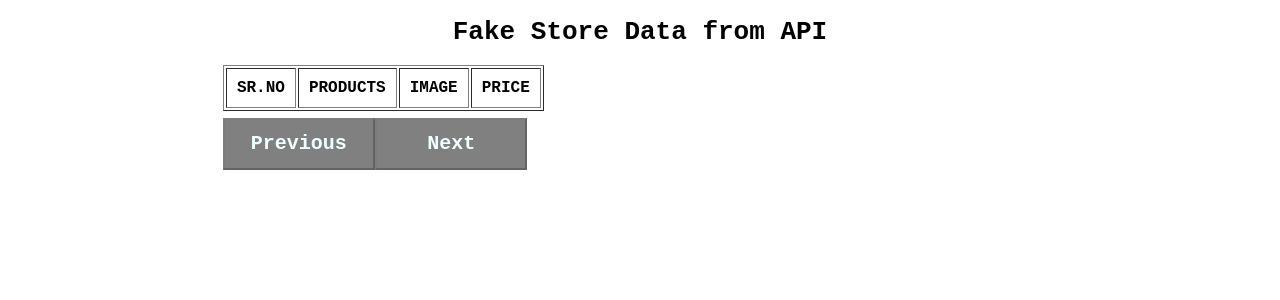
Repository: nisarg-patel612/Node_Integration_With_Frontend
Page: / (app in Frontend/FakeStore-API/)
An editor plug-in stored every save of this project. The page is shown before and after the next save, followed by the edit.
The browser window is 1280 px wide. The pictures show the whole page.
The page's requests for data from a server got no answer. The project was rebuilt for these pictures with package versions that can differ from the ones it lists, and the page was loaded fresh each time. No one was signed in, and anything a server would have sent is missing. Also part of the build but not shown: Frontend/FakeStore-API/vite.config.js, Frontend/FakeStore-API/src/index.css.

Above is the page before, as saved 2025-04-20 23:22:28.

### Frontend/FakeStore-API/src/App.jsx
import React from "react"
import './App.css'
import FakeStoreAPi from "./Components/Fake_Store_API"

function App() {

  return (

    // Fake Store API
    <FakeStoreAPi />

  )
}

export default App

### Frontend/FakeStore-API/src/App.css
/* #root {
  max-width: 1280px;
  margin: 0 auto;
  padding: 2rem;
  text-align: center;
}

.logo {
  height: 6em;
  padding: 1.5em;
  will-change: filter;
  transition: filter 300ms;
}
.logo:hover {
  filter: drop-shadow(0 0 2em #646cffaa);
}
.logo.react:hover {
  filter: drop-shadow(0 0 2em #61dafbaa);
}

@keyframes logo-spin {
  from {
    transform: rotate(0deg);
  }
  to {
    transform: rotate(360deg);
  }
}

@media (prefers-reduced-motion: no-preference) {
  a:nth-of-type(2) .logo {
    animation: logo-spin infinite 20s linear;
  }
}

.card {
  padding: 2em;
}

.read-the-docs {
  color: #888;
} */


/* Fake_Store_API.jsx css code */
table {
  text-align: center;
  margin-left: 17%;
}
tr {
  color: black;
  font-size: large;
  font-weight: 600;
  font-family: monospace;
  text-transform: uppercase;
}
a {
  color: black;
  font-size: large;
  font-weight: 600;
  font-family: monospace;
  text-transform: uppercase;
}
td {
  font-size: large;
  font-family: math;
  font-weight: 600;
  font-family: monospace;
}
h1 {
  font-size: xx-large;
  font-family: math;
  font-weight: 600;
  font-family: monospace;
}
button.btn.btn-click {
  margin: 7px -214px 0 17%;
  background: grey;
  padding: 1%;
  width: 12%;
  font-family: monospace;
  font-weight: 700;
  font-size: x-large;
  color: azure;
}

### Frontend/FakeStore-API/src/Components/Fake_Store_API.jsx
import React, { useState, useEffect } from 'react';
import axios from 'axios';

const FakeStoreAPi = () => {
    const [products, setProducts] = useState([]);
    const [currentPage, setCurrentPage] = useState(1);
    const itemsPerPage = 5;

    useEffect(() => {
        axios.get('http://localhost:5000/products')
            .then(response => setProducts(response.data))
            .catch(error => console.error('Error fetching data:', error));
    }, []);

    const indexOfLastItem = currentPage * itemsPerPage;
    const indexOfFirstItem = indexOfLastItem - itemsPerPage;
    const currentItems = products.slice(indexOfFirstItem, indexOfLastItem);

    return (
        <div className='fakestore-api-main'>
            <h1 style={{textAlign: 'center'}}>Fake Store Data from API</h1>
            <table border="1" cellPadding="10px" cellSpacing="2px">
                <thead>
                    <tr>
                        <th>Sr.No</th>
                        <th>Products</th>
                        <th>Image</th>
                        <th>Price</th>
                    </tr>
                </thead>
                <tbody>
                    {currentItems.map((product, index) => (
                        <tr key={product.id}>
                            <td>{index + 1 + (currentPage - 1) * itemsPerPage}</td>
                            <td><a href={`/product/${product.id}`}>{product.title}</a></td>
                            <td><img src={product.image} alt={product.title} width="50" /></td>
                            <td>${product.price}</td>
                        </tr>
                    ))}
                </tbody>
            </table>
            <button className='btn btn-click' disabled={currentPage === 1} onClick={() => setCurrentPage(currentPage - 1)}>Previous</button>
            <button className='btn btn-click' disabled={indexOfLastItem >= products.length} onClick={() => setCurrentPage(currentPage + 1)}>Next</button>
        </div>
    );
};

export default FakeStoreAPi;

Loaded but not shown: Frontend/FakeStore-API/index.html (common file); Frontend/FakeStore-API/src/main.jsx (common file)

After the next save:
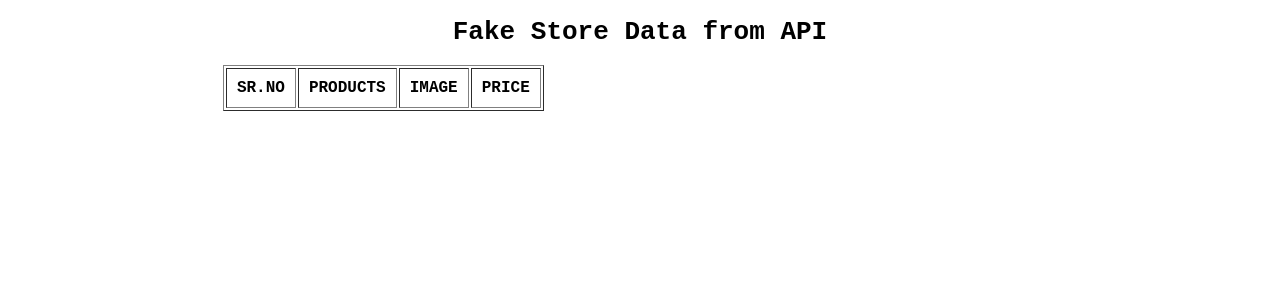
Saved 9 days later.
--- a/Frontend/FakeStore-API/src/Components/Fake_Store_API.jsx
+++ b/Frontend/FakeStore-API/src/Components/Fake_Store_API.jsx
@@ -39,8 +39,7 @@ const FakeStoreAPi = () => {
                     ))}
                 </tbody>
             </table>
-            <button className='btn btn-click' disabled={currentPage === 1} onClick={() => setCurrentPage(currentPage - 1)}>Previous</button>
-            <button className='btn btn-click' disabled={indexOfLastItem >= products.length} onClick={() => setCurrentPage(currentPage + 1)}>Next</button>
+
         </div>
     );
 };
